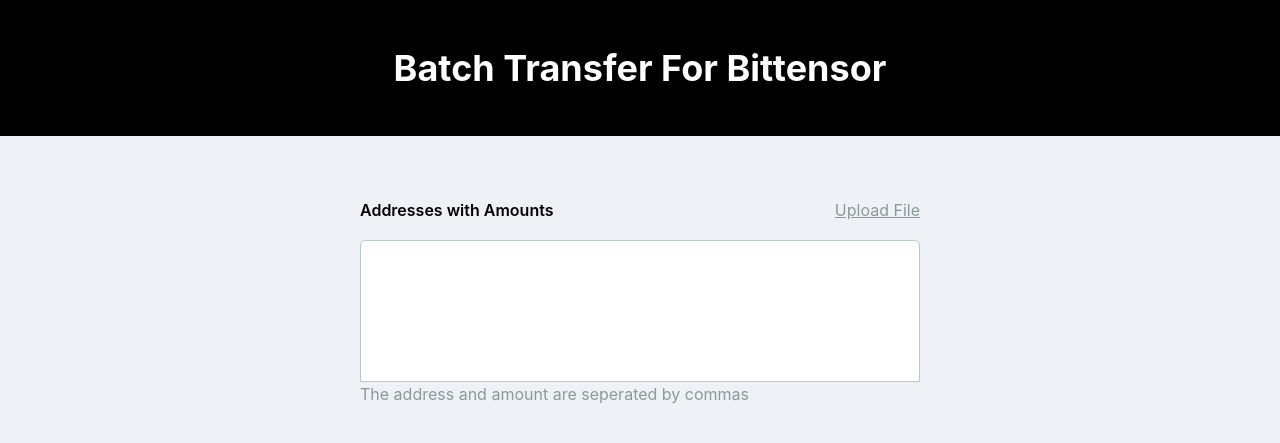
Repository: Dawid-Ace/batch_transfer_tao_master_ui
Page: /
An editor plug-in stored every save of this project. The page is shown before and after the next save, followed by the edit.
The browser window is 1280 px wide. The pictures show the whole page.
The project was rebuilt for these pictures with package versions that can differ from the ones it lists, and the page was loaded fresh each time.

Above is the page before, as saved 2023-05-10 03:51:48.

After the next save:
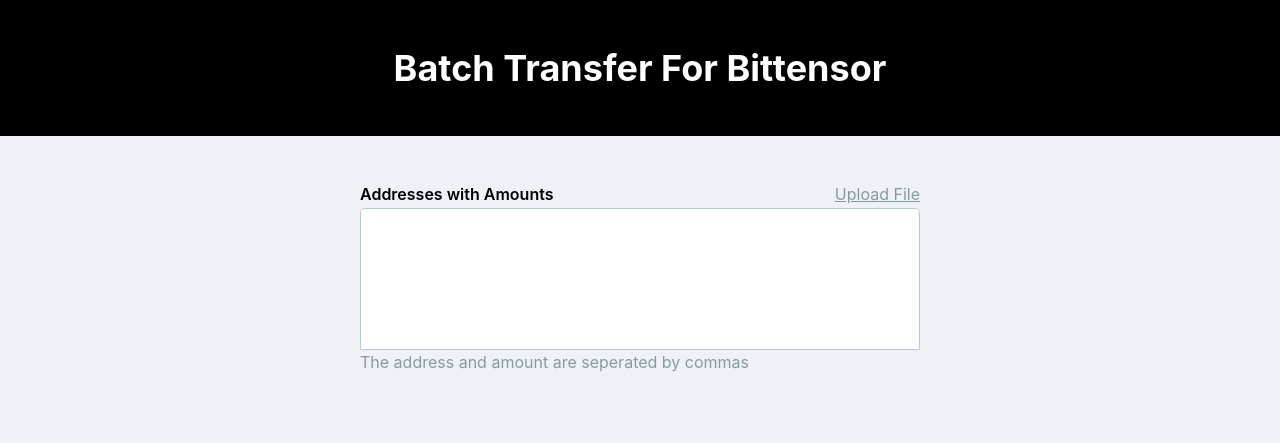
Saved 61 s later.
--- a/src/components/TransferForm/index.jsx
+++ b/src/components/TransferForm/index.jsx
@@ -86,7 +86,6 @@
     display: flex;
     justify-content: space-between;
     items-align: center;
-    padding: 0px;
   `
 
   const FormLabel = styled.p`
@@ -94,6 +93,7 @@
     font-weight: 600;
     font-size: 16px;
     line-height: 160%;
+    margin: 0px;
   `;
 
   const UploadSwitch = styled.p`
@@ -102,6 +102,7 @@
     font-weight: 400;
     line-height: 160%;
     text-decoration: underline;
+    margin: 0px;
   `
 
   const FormWrapper = styled.form`
